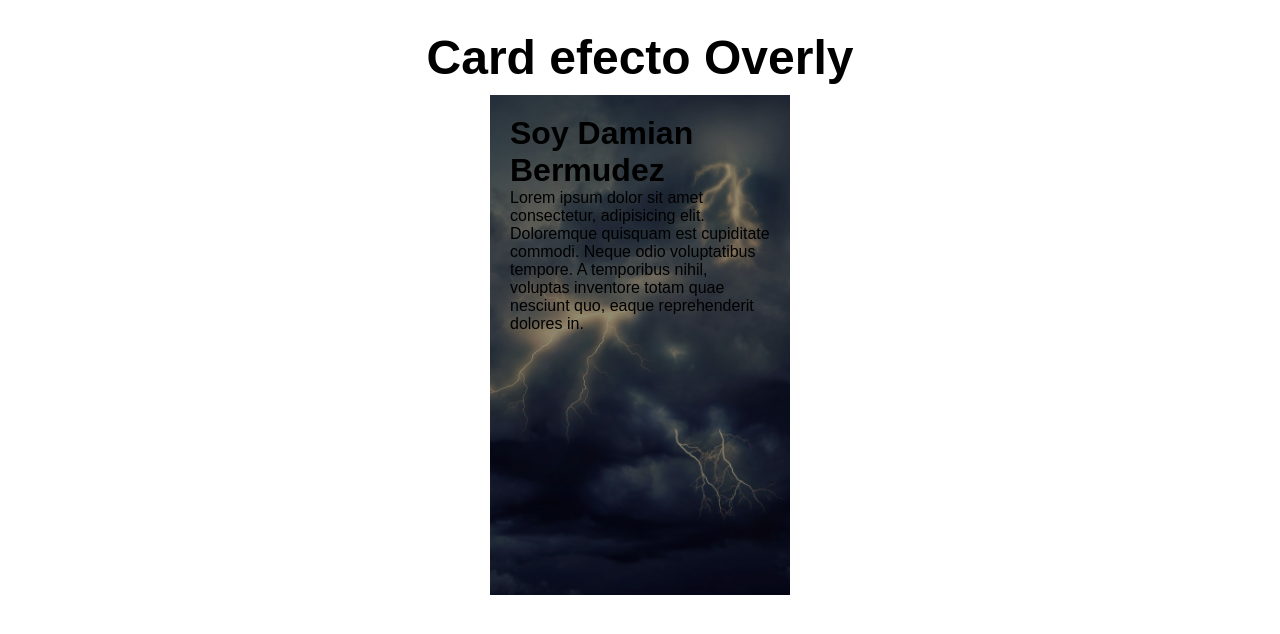
Repository: DamianBermudez94/curso-css3
Page: cardOverly.html
An editor plug-in stored every save of this project. The page is shown before and after the next save, followed by the edit.
The browser window is 1280 px wide. The pictures show the whole page.

Above is the page before, as saved 2024-06-20 14:32:08.

### cardOverly.html
<!DOCTYPE html>
<html lang="es">
<head>
    <meta charset="UTF-8" />
    <meta name="viewport" content="width=device-width, initial-scale=1.0" />
    <link rel="preconnect" href="https://fonts.googleapis.com" />
    <link rel="preconnect" href="https://fonts.gstatic.com" crossorigin />
    <link
      rel="preload"
      href="https://fonts.googleapis.com/css2?family=Roboto:ital,wght@0,100;0,300;0,400;0,500;0,700;0,900;1,100;1,300;1,400;1,500;1,700;1,900&display=swap"
      rel="stylesheet"
    />
    <link rel="stylesheet" href="/cardOverly/estilos.css">
    <title>Card efecto Overly</title>

</head>
<body>
    <section>
        <h1>Card efecto Overly</h1>
        <div class="container-card">
            <figure>
                <img src="/img/johannes-plenio-ESL1rIs9j48-unsplash.jpg" alt="" class="img">
                <figcaption class="picture__container">
                    <h2>Soy Damian Bermudez</h2>
                    <p>Lorem ipsum dolor sit amet consectetur, adipisicing elit. Doloremque quisquam est cupiditate commodi. Neque odio voluptatibus tempore. A temporibus nihil, voluptas inventore totam quae nesciunt quo, eaque reprehenderit dolores in.
                </p>
                </figcaption>
            </figure>
        </div>
    </section>

</body>
</html>

### cardOverly/estilos.css
*{
    margin: 0;
    padding: 0;
    box-sizing: border-box;
}
body{
    font-family: Arial, Helvetica, sans-serif;
}
section{

    display: flex;
    flex-direction: column;
    justify-content: center;
    align-items: center;
}

h1{
    font-size: 3em;
    margin-top: 20px;
    padding: 10px;
}
.container-card figure{
    position: relative;
    width: 300px;
    display: flex;
    flex-direction: column;
    justify-content: center;
}
.container-card figure .img{
    display: block;
    width: 300px;
    height: 500px;
    object-fit: cover;
    margin: 0 auto;
}
.picture__container{
    position: absolute;
    top: 0;
    width: 100%;
    height: 100%;
    background-color: rgba(0, 0, 0, 0.425);
    padding: 20px;
    color: #000;
}
.picture__container h2{
    font-size: 2em;
    align-items: center;
    margin: 0 auto;
}

After the next save:
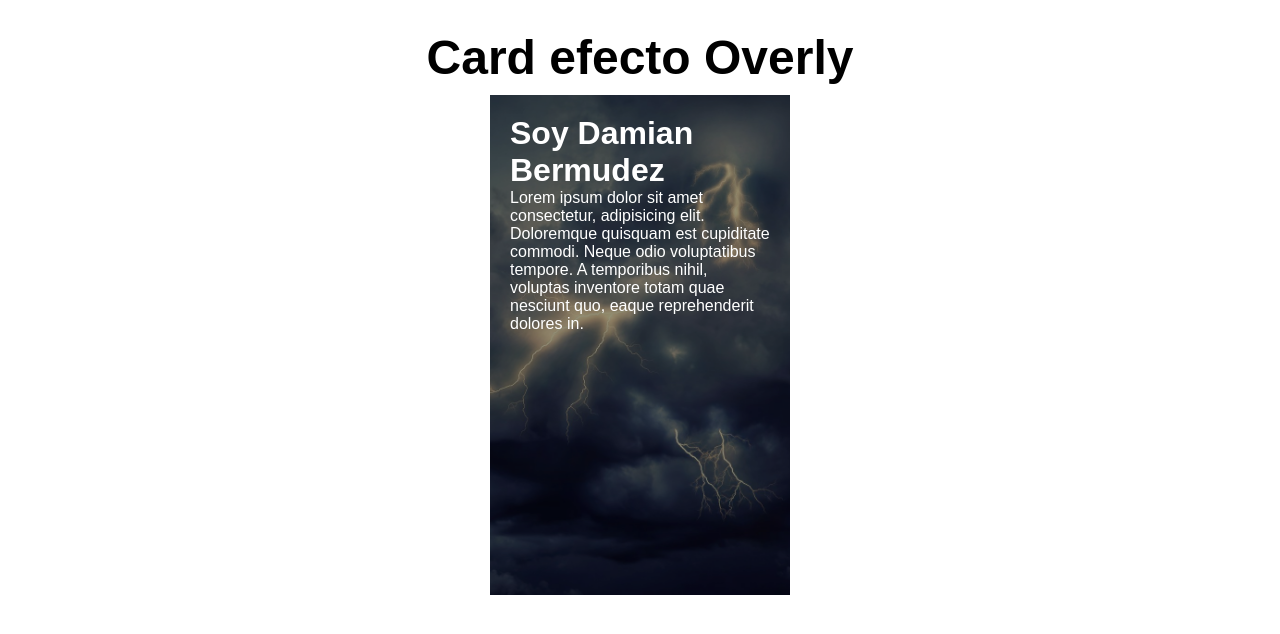
Saved 8 s later.
--- a/cardOverly/estilos.css
+++ b/cardOverly/estilos.css
@@ -40,7 +40,7 @@ h1{
     height: 100%;
     background-color: rgba(0, 0, 0, 0.425);
     padding: 20px;
-    color: #000;
+    color: #ffffff;
 }
 .picture__container h2{
     font-size: 2em;
